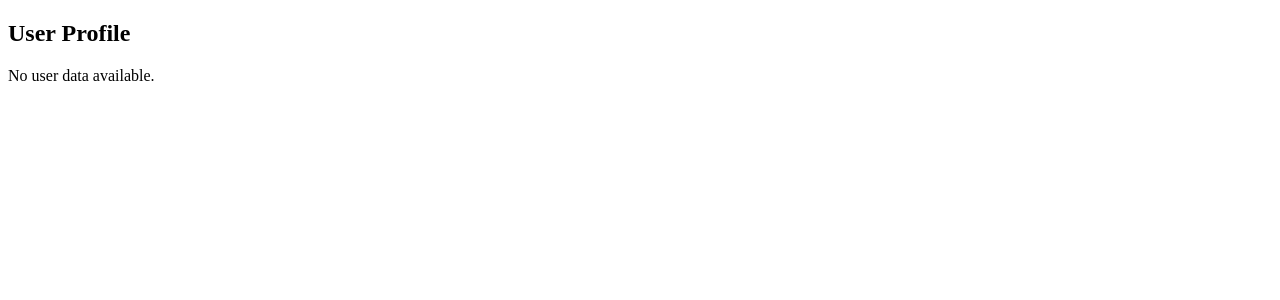
Repository: Joel-Mathew-777/Django-user-auth-with-react
Page: /profile (app in frontend/)
The author's editor kept a copy of each file at every save. The page is drawn from the files as they stood at one save, then again after the next save.
The browser window is 1280 px wide. The pictures show the whole page.
The project was rebuilt for these pictures with package versions that can differ from the ones it lists, and the page was loaded fresh each time. Also part of the build but not shown: frontend/vite.config.js, frontend/src/components/Navbar.jsx, frontend/src/pages/Home.jsx, frontend/src/components/Login.jsx, frontend/src/components/Register.jsx.

Above is the page before, as saved 2024-09-21 12:30:50.

After the next save:
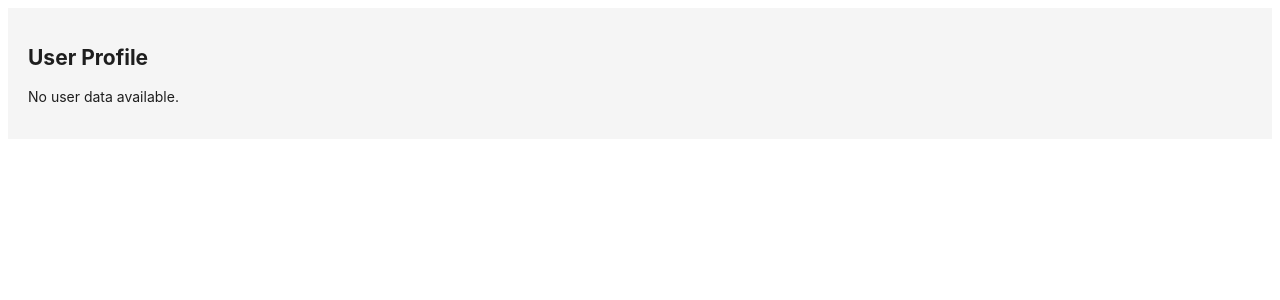
Saved 2 s later.
--- a/frontend/src/components/Profile.jsx
+++ b/frontend/src/components/Profile.jsx
@@ -1,4 +1,7 @@
 import { useEffect, useState } from "react";
+import { Layout } from "antd";
+
+const { Content } = Layout;
 
 const Profile = () => {
   const [user, setUser] = useState(null);
@@ -11,17 +14,20 @@
   }, []);
 
   return (
-    <div>
-      <h2>User Profile</h2>
-      {user ? (
-        <div>
-          <p>Username: {user.username}</p>
-          <p>Email: {user.email}</p>
-        </div>
-      ) : (
-        <p>No user data available.</p>
-      )}
-    </div>
+    <Layout>
+      <Content style={{ padding: '20px' }}>
+        <h2>User Profile</h2>
+        {user ? (
+          <div>
+            <p><strong>Username:</strong> {user.username}</p>
+            <p><strong>Email:</strong> {user.email}</p>
+            {/* Add more user details as needed */}
+          </div>
+        ) : (
+          <p>No user data available.</p>
+        )}
+      </Content>
+    </Layout>
   );
 };
 
